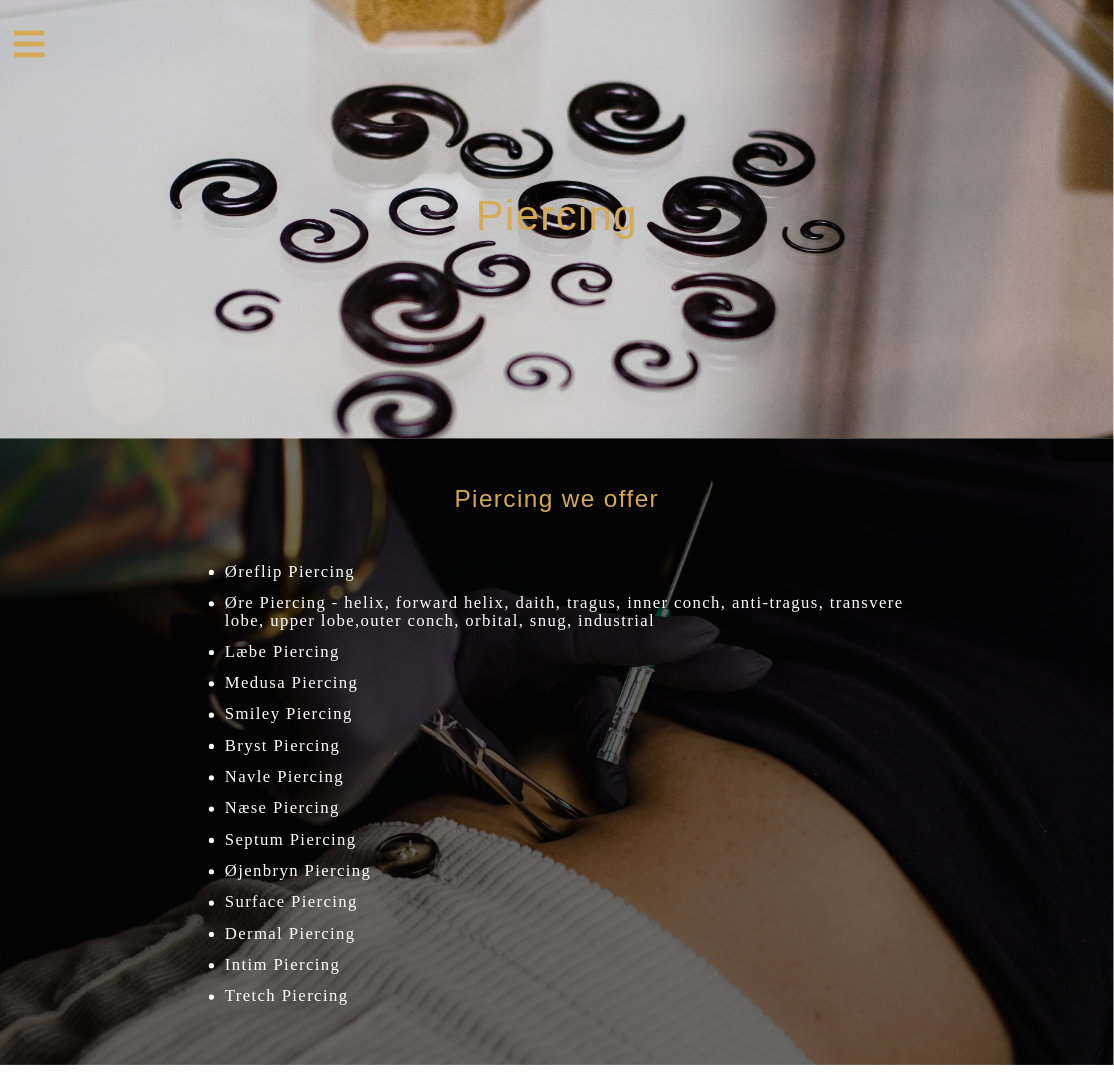
Repository: Spreceriany/TattooWeb
Page: piercing-en.html
An editor plug-in stored every save of this project. The page is shown before and after the next save, followed by the edit.
The browser window is 1280 px wide. The pictures show the part of the page from y = 0 to 1236 px (the page is 3082 px tall), at 87% of full size.
A picture or video elsewhere on the page could not be fetched, so the positions and the page height are approximate. Some web fonts or font styles are not loaded; a fallback is used. Some web libraries are served in a nearby version.

Above is the page before, as saved 2020-04-09 17:58:46.
Console error: TypeError: Cannot read properties of null (reading 'addEventListener')

After the next save:
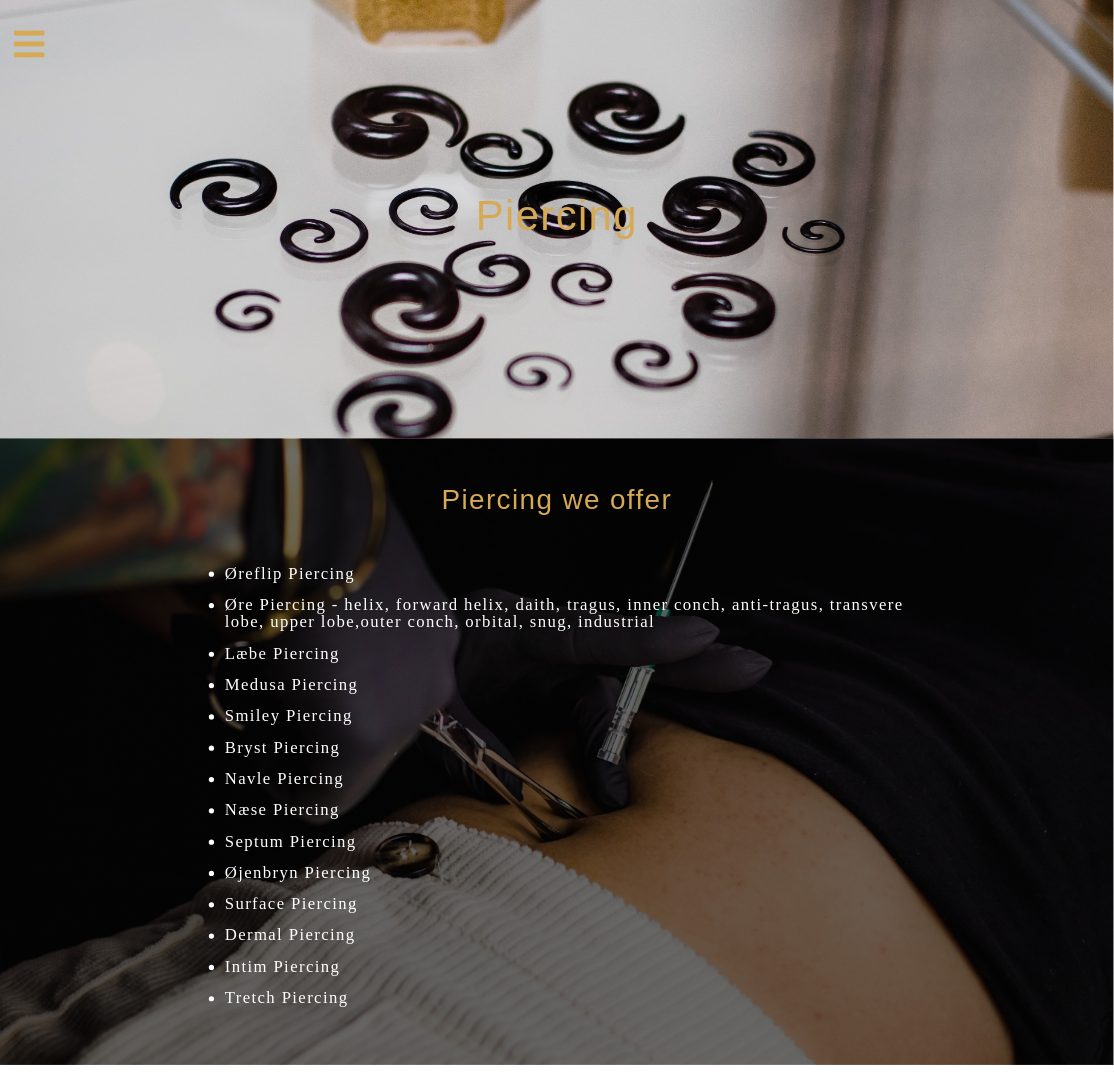
Saved 15 s later.
--- a/piercing-en.html
+++ b/piercing-en.html
@@ -78,7 +78,7 @@
         </div>
         <div class="col-12 col-md-8">
           <div>
-            <h3 class="text-center gold">Piercing we offer</h3>
+            <h2 class="text-center gold">Piercing we offer</h2>
           <ul class="text-left fa-ul pt-5 text-white">
             <li class="mb-3" data-aos="fade" data-aos-duration="1500"> Øreflip Piercing
             </li>
